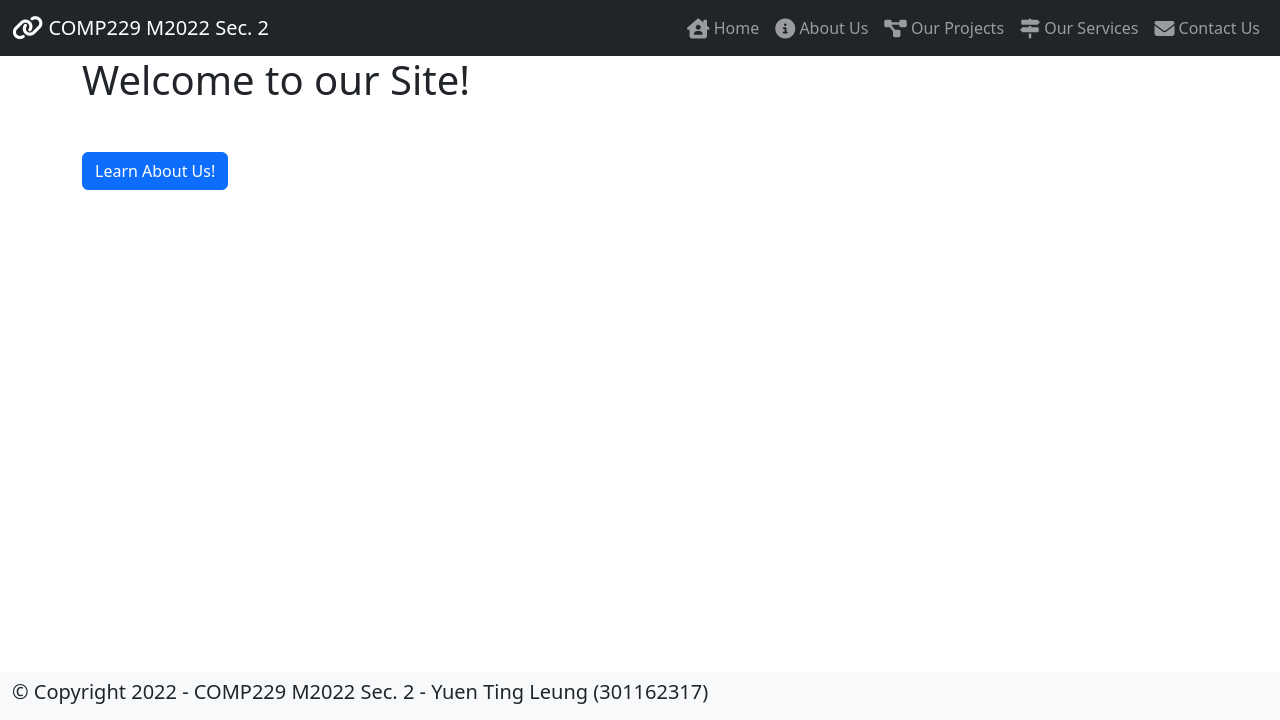
Repository: kennixfun/COMP229-M2022-Lab
Page: / (app in Front-End/)
The author's editor kept a copy of each file at every save. The page is drawn from the files as they stood at one save, then again after the next save.
The browser window is 1280 px wide. The pictures show the whole page.
The project was rebuilt for these pictures with package versions that can differ from the ones it lists, and the page was loaded fresh each time. Also part of the build but not shown: Front-End/src/App.css.

Above is the page before, as saved 2022-07-19 21:41:49.

### Front-End/public/index.html
<!DOCTYPE html>
<html lang="en">
  <head>
    <meta charset="utf-8" />
    <link rel="icon" href="%PUBLIC_URL%/favicon.ico" />
    <meta name="viewport" content="width=device-width, initial-scale=1" />
    <meta name="theme-color" content="#000000" />
    <meta
      name="description"
      content="Web site created using create-react-app"
    />
    <link rel="apple-touch-icon" href="%PUBLIC_URL%/logo192.png" />
    <!--
      manifest.json provides metadata used when your web app is installed on a
      user's mobile device or desktop. See https://developers.google.com/web/fundamentals/web-app-manifest/
    -->
    <link rel="manifest" href="%PUBLIC_URL%/manifest.json" />
    <!--
      Notice the use of %PUBLIC_URL% in the tags above.
      It will be replaced with the URL of the `public` folder during the build.
      Only files inside the `public` folder can be referenced from the HTML.

      Unlike "/favicon.ico" or "favicon.ico", "%PUBLIC_URL%/favicon.ico" will
      work correctly both with client-side routing and a non-root public URL.
      Learn how to configure a non-root public URL by running `npm run build`.
    -->
    <title>COMP 229</title>
  </head>
  <body>
    <noscript>You need to enable JavaScript to run this app.</noscript>
    <div id="root"></div>
    <!--
      This HTML file is a template.
      If you open it directly in the browser, you will see an empty page.

      You can add webfonts, meta tags, or analytics to this file.
      The build step will place the bundled scripts into the <body> tag.

      To begin the development, run `npm start` or `yarn start`.
      To create a production bundle, use `npm run build` or `yarn build`.
    -->
  </body>
</html>

### Front-End/src/App.tsx
import React from 'react';
import { BrowserRouter, Route, Routes } from 'react-router-dom';

// Common Components
import Header from './components/header';
import Footer from './components/footer';

// Content Components
import Home from './content/home';

// Styles and Fonts
import 'bootstrap/dist/css/bootstrap.min.css';
import '@fortawesome/fontawesome-free/css/all.min.css';
import './App.css';

function App() {
  return (
    <div className="App">
      <BrowserRouter>
        <Header></Header>

        {/* Client-Side Routing */}
        <Routes>
          <Route path="/" element={<Home />} />
          <Route path="/home" element={<Home />} />
        </Routes>

        <Footer></Footer>
      </BrowserRouter>
    </div>
  );
}

export default App;

### Front-End/src/components/header.tsx
import React from 'react';
import { NavLink } from 'react-router-dom';

function Header()
{
    return (
        <nav className="navbar navbar-expand-lg navbar-dark bg-dark">
    <div className="container-fluid">
      <NavLink to={"/"} className="navbar-brand"><i className="fa-solid fa-link fa-lg"></i> COMP229 M2022 Sec. 2</NavLink>
      <button className="navbar-toggler" type="button" data-bs-toggle="collapse" data-bs-target="#navbarSupportedContent" aria-controls="navbarSupportedContent" aria-expanded="false" aria-label="Toggle navigation">
        <span className="navbar-toggler-icon"></span>
      </button>
      <div className="collapse navbar-collapse" id="navbarSupportedContent">
        <ul className="navbar-nav ms-auto mb-2 mb-lg-0">
          <li className="nav-item">
            <NavLink to={"/home"} className="nav-link" aria-current="page"><i className="fa-solid fa-house-chimney-user fa-lg"></i> Home</NavLink>
          </li>
          <li className="nav-item">
            <NavLink to={"/about"} className="nav-link" aria-current="page"><i className="fa-solid fa-circle-info fa-lg"></i> About Us</NavLink>
          </li>
          <li className="nav-item">
            <NavLink to={"/projects"} className="nav-link" aria-current="page"><i className="fa-solid fa-diagram-project fa-lg"></i> Our Projects</NavLink>
          </li>
          <li className="nav-item">
            <NavLink to={"/services"} className="nav-link" aria-current="page"><i className="fa-solid fa-signs-post fa-lg"></i> Our Services</NavLink>
          </li>
          <li className="nav-item">
            <NavLink to={"/contact"} className="nav-link" aria-current="page"><i className="fa-solid fa-envelope fa-lg"></i> Contact Us</NavLink>
          </li>
        </ul>
      </div>
    </div>
  </nav>
    )
}

export default Header;

### Front-End/src/components/footer.tsx
import React from 'react';

// Footer Component
function Footer()
{
    function getDate(): number
    {
      let date = new Date();
      return date.getFullYear();
    }
    return(
        <nav className="navbar fixed-bottom bg-light">
          <div className="container-fluid">
          <h5 id="copyright">&copy; Copyright { getDate()} - COMP229 M2022 Sec. 2 - Yuen Ting Leung (301162317)</h5>
         </div>
        </nav>
    );
}

export default Footer;

### Front-End/src/content/home.tsx
import React from 'react';
import { Link } from 'react-router-dom';

function Home()
{
    return(
        <div className="container">
            <h1 className="mb-5">Welcome to our Site!</h1>

            <Link to="/about">
                <button className="btn btn-primary">Learn About Us!</button>
            </Link>
        </div>
    )
}

export default Home;

Loaded but not shown: Front-End/src/index.tsx (common file); Front-End/src/index.css (common file); Front-End/src/reportWebVitals.ts (common file)

After the next save:
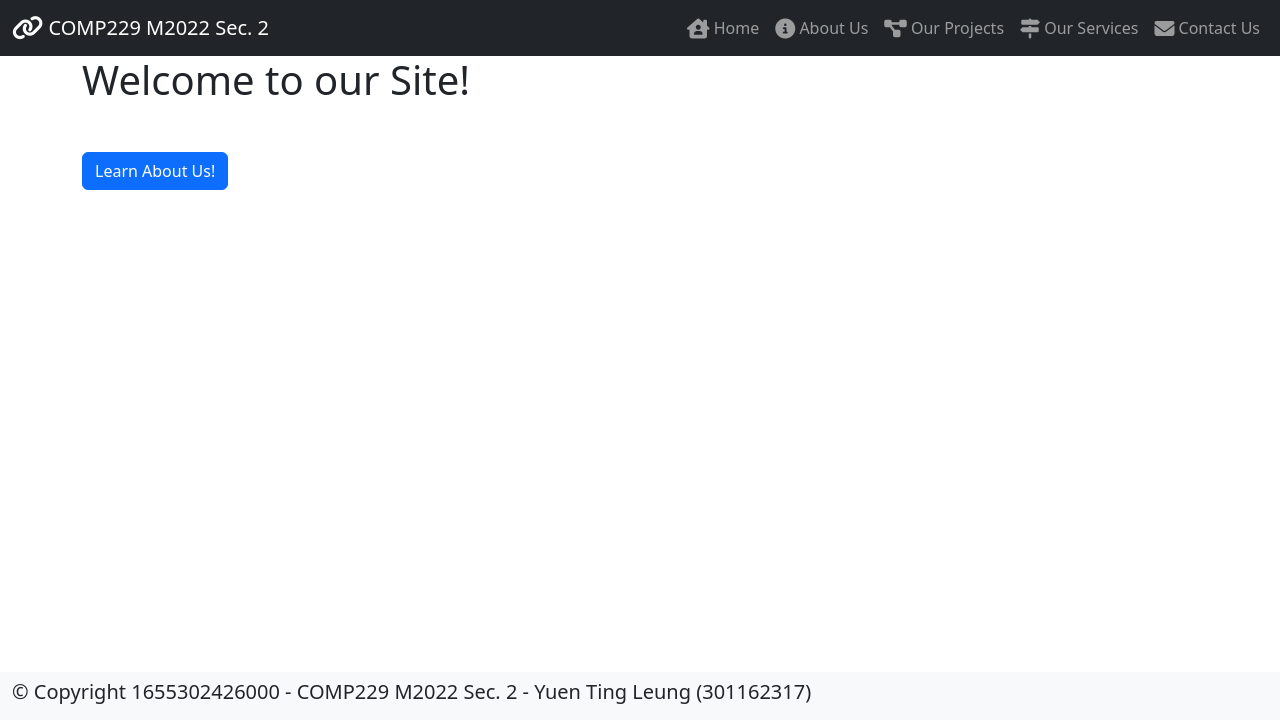
Saved 50 s later.
--- a/Front-End/src/components/footer.tsx
+++ b/Front-End/src/components/footer.tsx
@@ -6,7 +6,7 @@
     function getDate(): number
     {
       let date = new Date();
-      return date.getFullYear();
+      return date.getTime();
     }
     return(
         <nav className="navbar fixed-bottom bg-light">

After the save that followed:
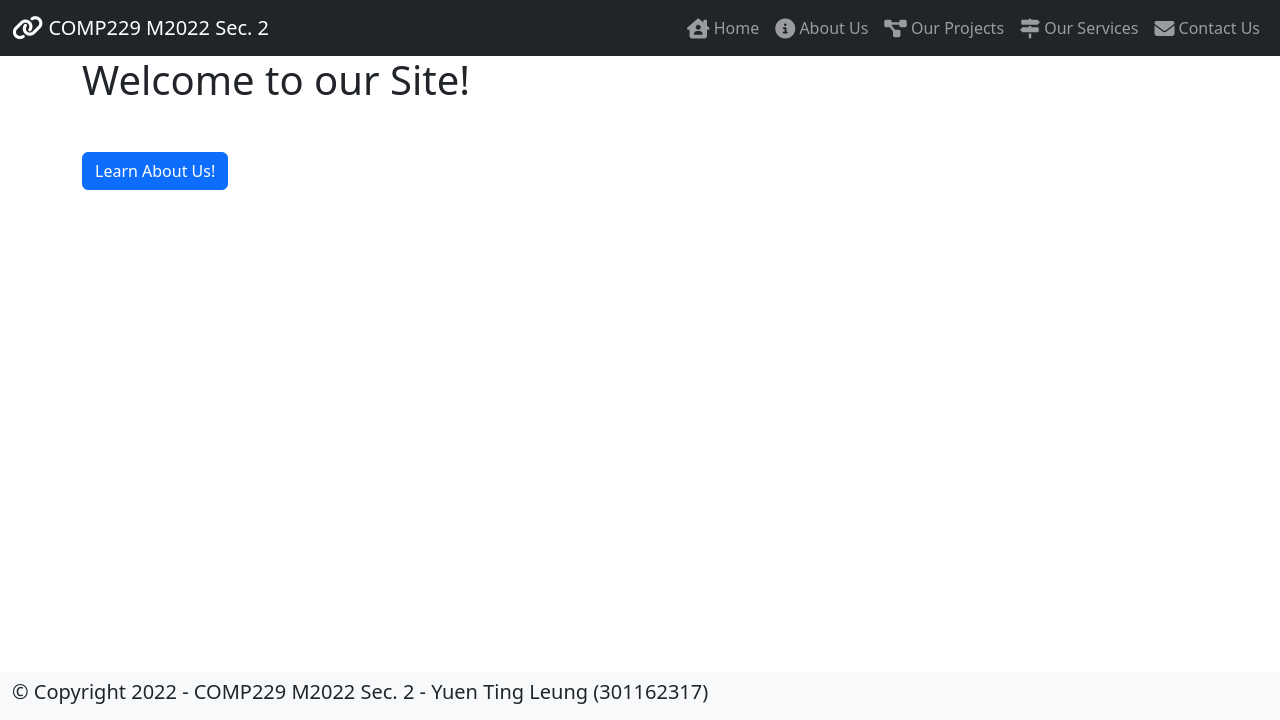
Saved 8 s later.
--- a/Front-End/src/components/footer.tsx
+++ b/Front-End/src/components/footer.tsx
@@ -6,7 +6,7 @@
     function getDate(): number
     {
       let date = new Date();
-      return date.getTime();
+      return date.getFullYear();
     }
     return(
         <nav className="navbar fixed-bottom bg-light">
